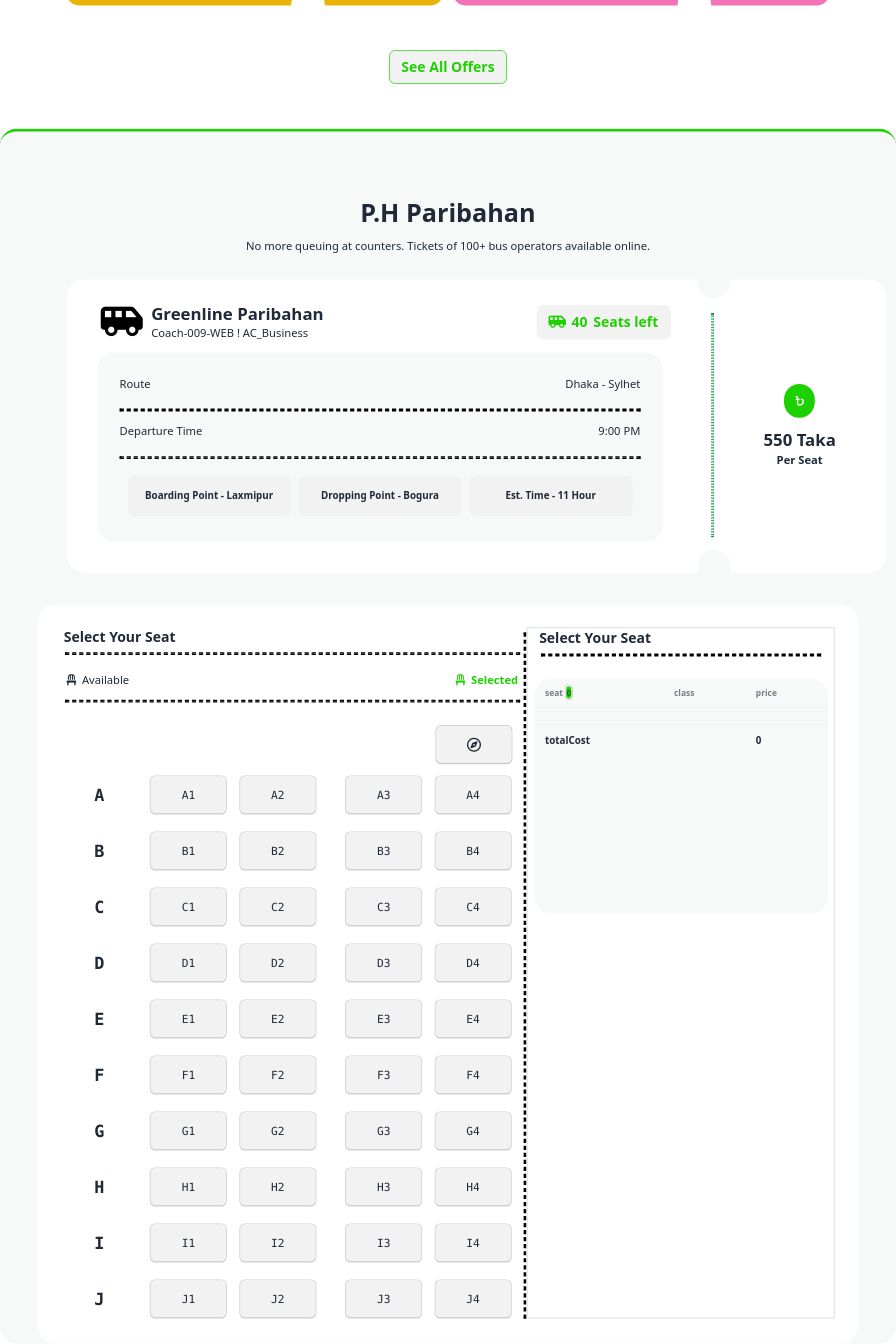
Repository: RudrasahaDibos/Smart-ticketing
Page: index.html
The author's editor kept a copy of each file at every save. The page is drawn from the files as they stood at one save, then again after the next save.
The browser window is 1280 px wide. The pictures show the part of the page from y = 1134 to 3054 px (the page is 3054 px tall), at 70% of full size.
Some web fonts or font styles are not loaded; a fallback is used. Some web libraries are served in a nearby version.

Above is the page before, as saved 2024-11-10 16:01:14.

After the next save:
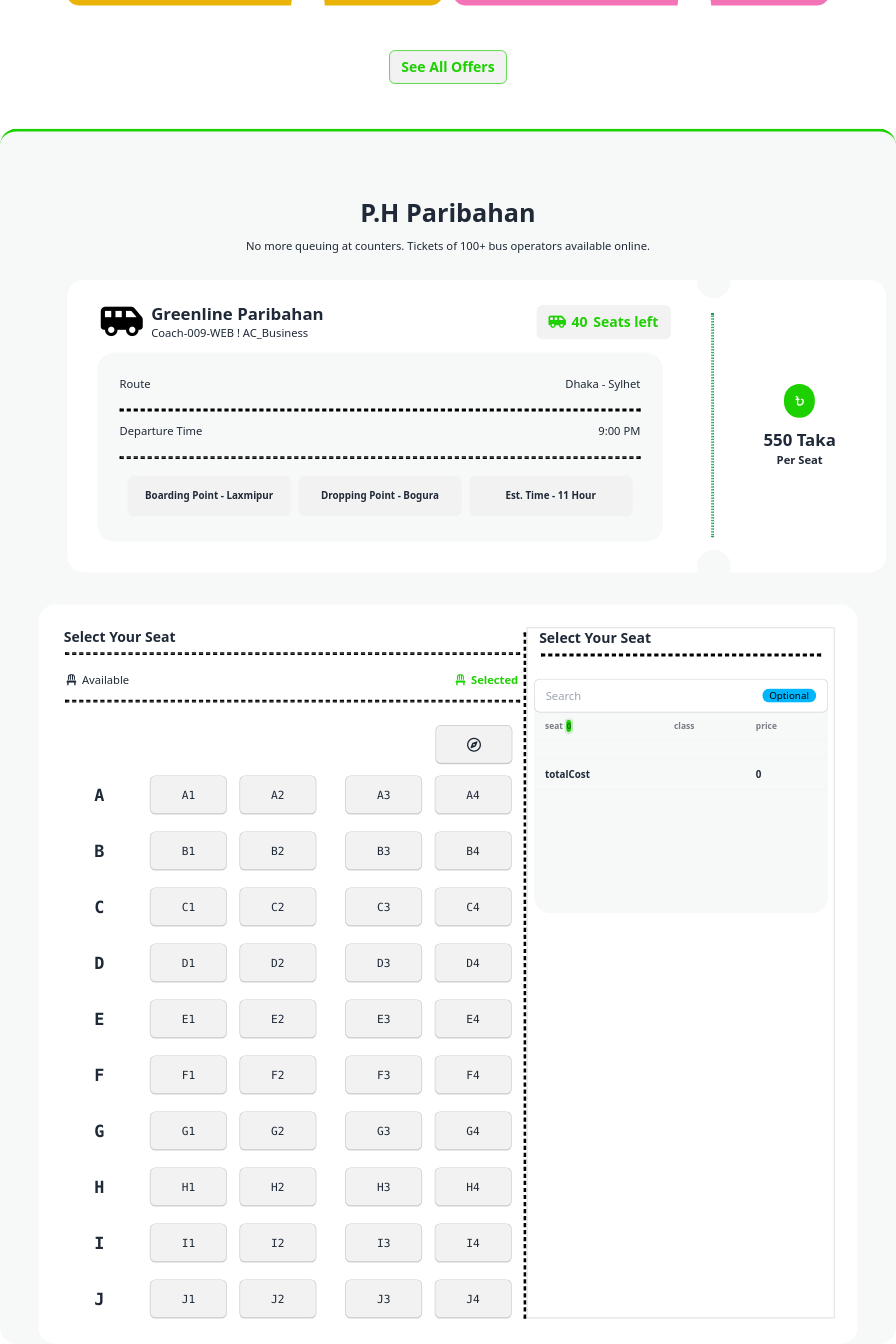
Saved 3 min 8 s later.
--- a/index.html
+++ b/index.html
@@ -463,6 +463,11 @@
                         <th></th>
                         <th>0</th>
                       </tr>
+
+                      <label class="input input-bordered flex items-center gap-2">
+                        <input type="text" class="grow" placeholder="Search" />
+                        <span class="badge badge-info">Optional</span>
+                      </label>
                     </table>
 
                   </div>

After the 2 saves that followed:
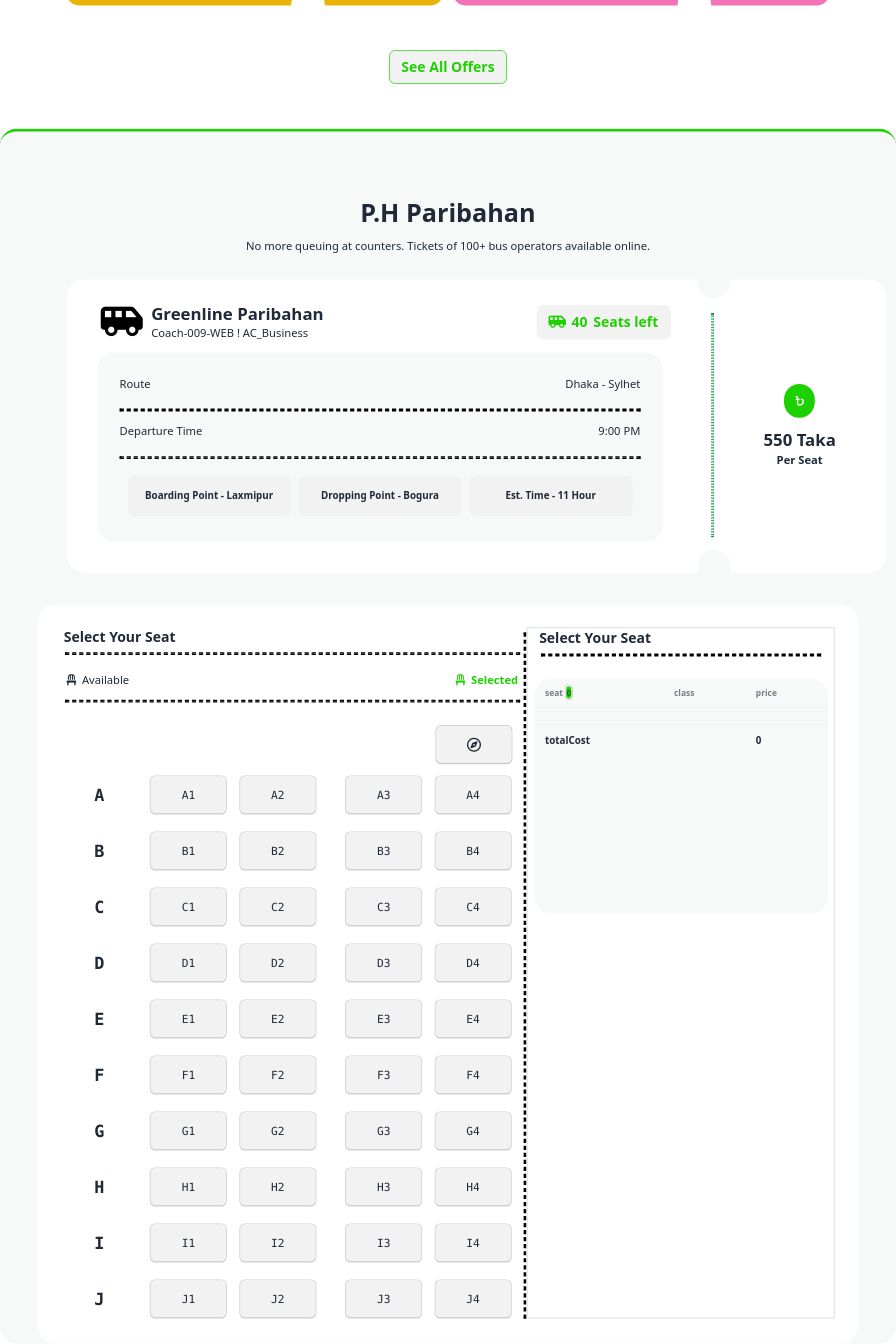
The 2 saves are shown as one change because they came seconds apart.
The last was saved 29 s later.
--- a/index.html
+++ b/index.html
@@ -464,10 +464,7 @@
                         <th>0</th>
                       </tr>
 
-                      <label class="input input-bordered flex items-center gap-2">
-                        <input type="text" class="grow" placeholder="Search" />
-                        <span class="badge badge-info">Optional</span>
-                      </label>
+
                     </table>
 
                   </div>
